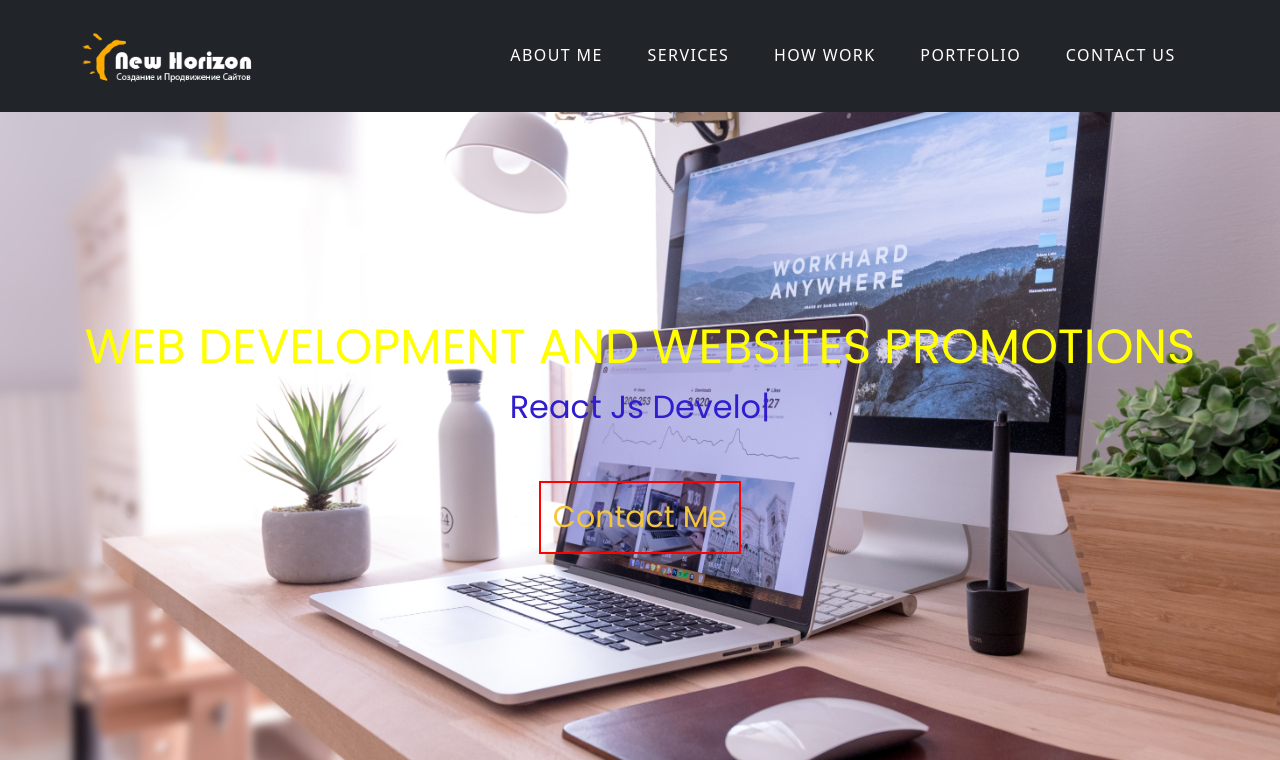
Repository: ahmedibrahimhassan654/React-Bootstrap-5
Page: /
The author's editor kept a copy of each file at every save. The page is drawn from the files as they stood at one save, then again after the next save.
The browser window is 1280 px wide. The pictures show the whole page.
The project was rebuilt for these pictures with package versions that can differ from the ones it lists, and the page was loaded fresh each time.

Above is the page before, as saved 2021-11-25 10:33:45.

After the next save:
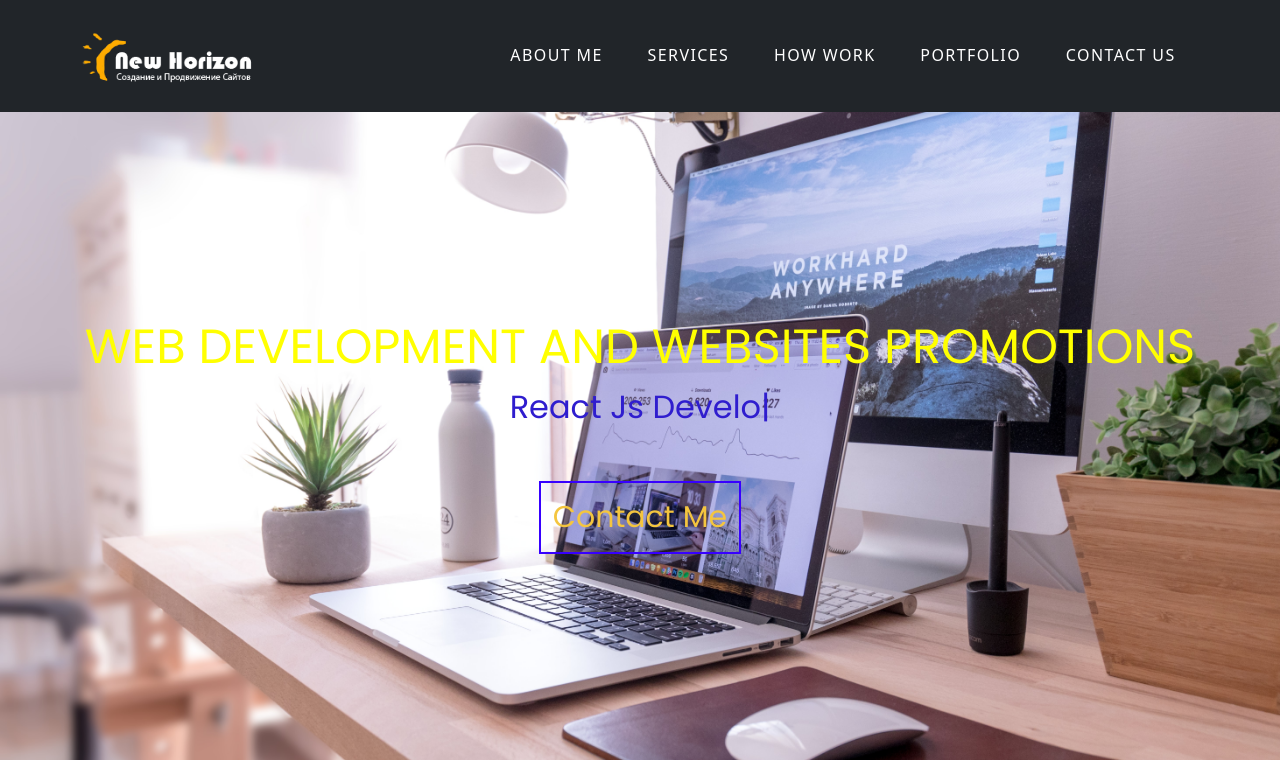
Saved 15 s later.
--- a/src/App.css
+++ b/src/App.css
@@ -76,7 +76,7 @@ nav ul li {
   font-size: 2rem;
 }
 .btn-main-offer {
-  border: 2px solid red;
+  border: 2px solid rgb(55, 0, 255);
   text-decoration: none;
   border-radius: 0;
   padding: 12px 12px 12px 12px;
